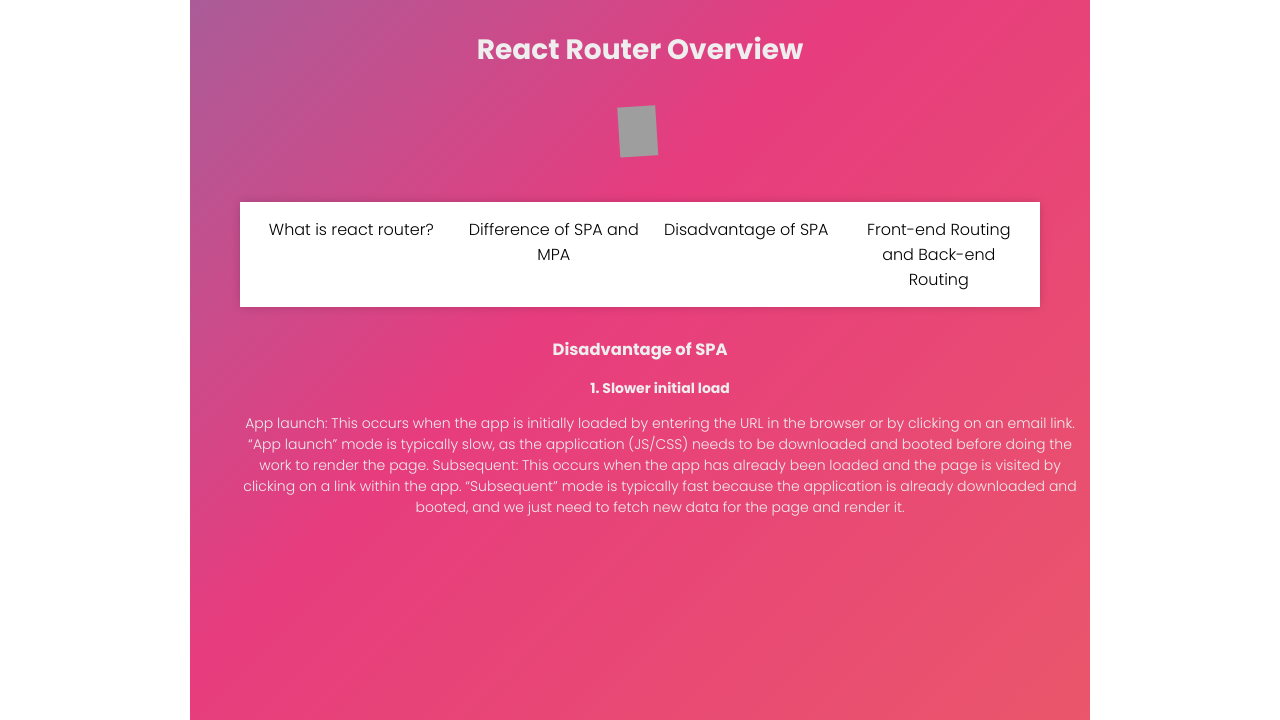
Repository: nguy3nds/2021-18-9-react
Page: /Nam
These files come from the project's save history. The page is drawn as it stood at one moment and after the next save; the edit follows.
The browser window is 1280 px wide. The pictures show the whole page.
Pictures or frames that could not be fetched are drawn as grey boxes. The project was rebuilt for these pictures with package versions that can differ from the ones it lists, and the page was loaded fresh each time. Also part of the build but not shown: src/components/What.js, src/components/How.js, src/components/Tung.js.

Above is the page before, as saved 2021-09-20 08:11:32.

After the next save:
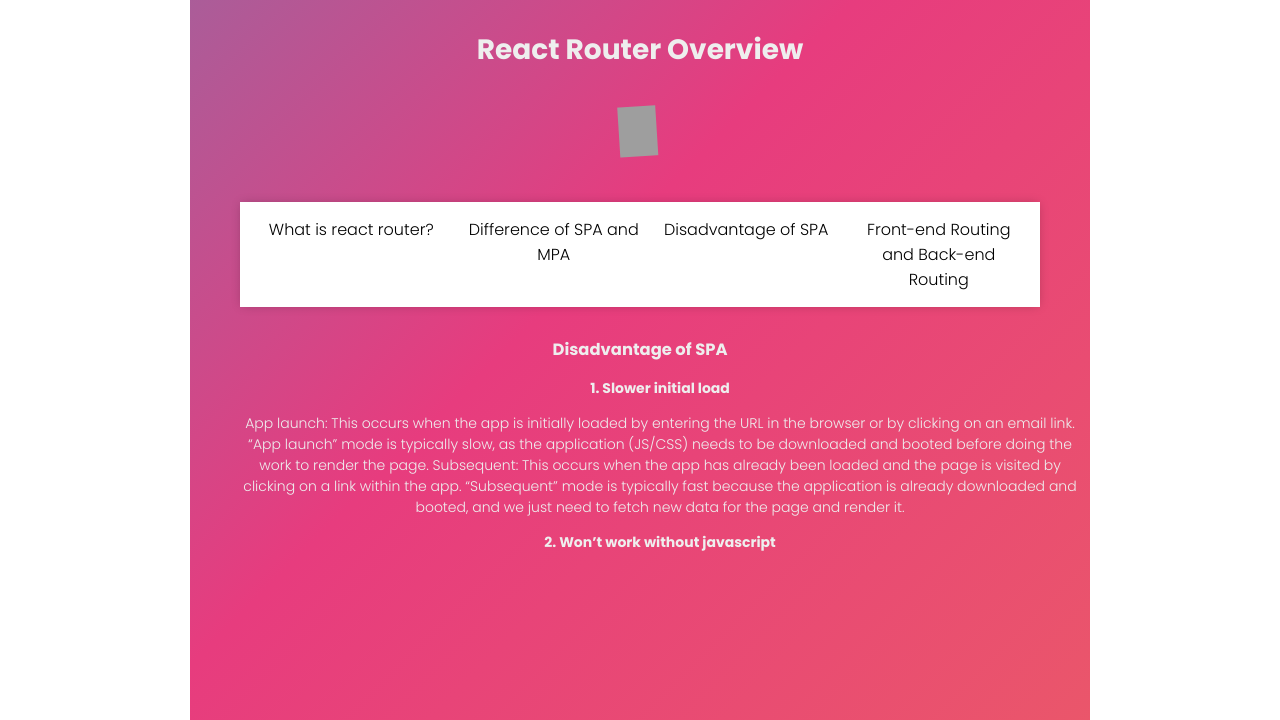
Saved 12 s later.
--- a/src/components/Why.js
+++ b/src/components/Why.js
@@ -17,7 +17,9 @@ export default function Why() {
             render it.
           </p>
         </li>
-        <li></li>
+        <li>
+          <b>2. Won’t work without javascript</b>
+        </li>
       </ul>
     </div>
   );
